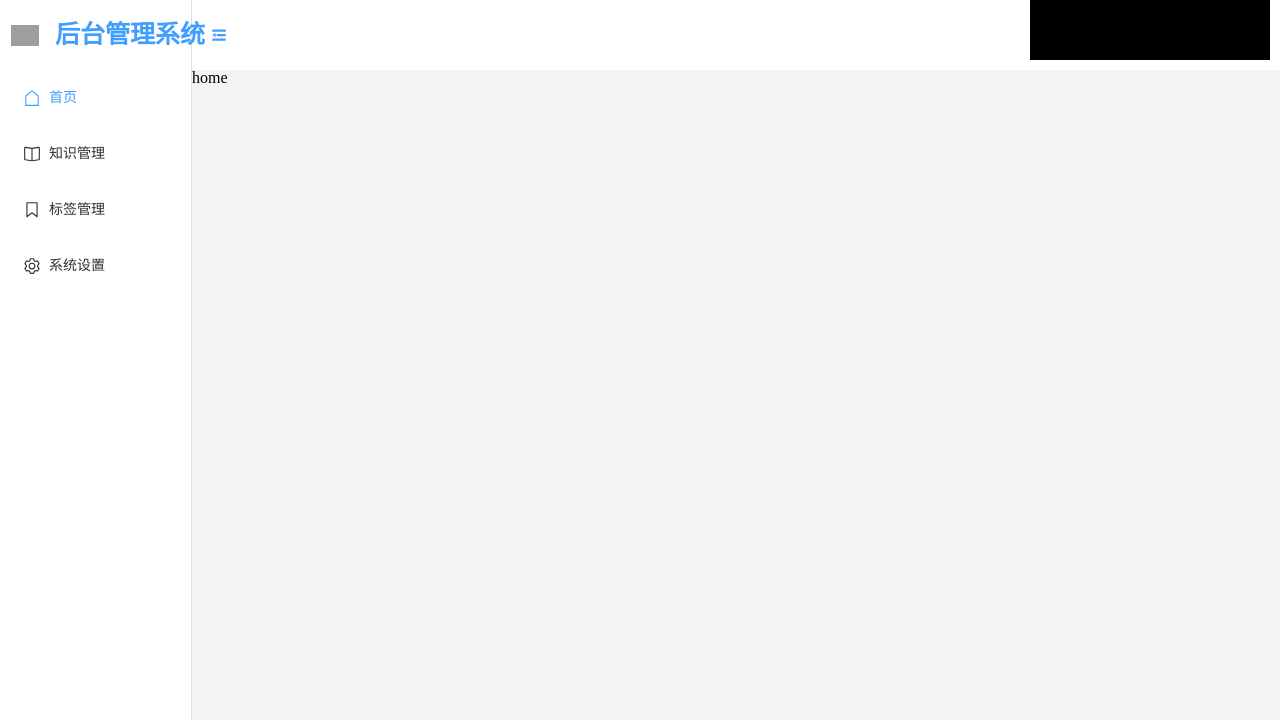
Repository: serrrN/admin
Page: /
An editor plug-in stored every save of this project. The page is shown before and after the next save, followed by the edit.
The browser window is 1280 px wide. The pictures show the whole page.
Pictures or frames that could not be fetched are drawn as grey boxes. The project was rebuilt for these pictures with package versions that can differ from the ones it lists, and the page was loaded fresh each time. Also part of the build but not shown: vite.config.ts, src/styles/index.scss.

Above is the page before, as saved 2024-06-05 16:56:47.

### src/main.ts
import { createApp } from 'vue'
import App from './App.vue'
import ElementPlus from 'element-plus'
import zhCn from 'element-plus/es/locale/lang/zh-cn'
import * as ElementPlusIconsVue from '@element-plus/icons-vue'
import router from './router'
import 'reset-css'
import './styles/index.scss'
import pinia from '@/store/index'
const app = createApp(App)
for (const [key, component] of Object.entries(ElementPlusIconsVue)) {
  app.component(key, component)
}
app.use(pinia)
app.use(ElementPlus, { locale: zhCn })
app.use(router)
app.mount('#app')

### src/App.vue
<script setup lang="ts"></script>

<template>
  <router-view></router-view>
</template>

<style>
* {
  box-sizing: border-box;
}
#app,
html,
body {
  width: 100%;
  height: 100%;
}
</style>

### src/router/index.ts
import { createRouter, createWebHistory } from 'vue-router'
import routes from './routes'
const router = createRouter({
  history: createWebHistory(),
  routes,
})
export default router

### src/router/routes.ts
const routes = [
  {
    path: '/',
    name: 'home',
    redirect: '/home',
    component: () => import('@/layout/index.vue'),
    children: [
      {
        path: '/home',
        component: () => import('@/views/home/index.vue'),
      },
      {
        path: '/knowledgeManage',
        component: () => import('@/views/knowledgeManage/index.vue'),
      },
      {
        path: '/tagManage',
        component: () => import('@/views/tagManage/index.vue'),
      },
      {
        path: "/systemSetting",
        component:()=>import("@/views/systemSetting/index.vue")
      }
    ],
  },
]

export default routes

### src/styles/variable.scss
//主题色
$theme-color:rgb(64, 158, 255);

// 布局容器左边宽度
$layout-container-left-max-width:15%;

// 布局容器左边塌陷后宽度
$layout-container-left-min-width:3.79%;

// 布局容器头部高度
$layout-container-header-height:70px;

### src/layout/index.vue
<template>
  <div class="layout-container">
    <div :class="systemStore.isCollapse?'left left-collapse':'left'" >
      <Menu />
    </div>
    <div :class="systemStore.isCollapse?'right right-collapse':'right'">
      <div class="header"><Header /></div>
      <div class="main"><Main/></div>
    </div>
  </div>
</template>

<script lang="ts" setup>
import Menu from './menu/index.vue'
import Header from './header/index.vue'
import Main from './main/index.vue'

import {useSystemStore} from "@/store/modules/system"
const systemStore = useSystemStore()
</script>

<style scoped lang="scss">
.layout-container {
  width: 100%;
  height: 100%;
  display: flex;
  background-color: #f3f3f3;
  .left {
    height: 100%;
    width: $layout-container-left-max-width;
    transition: all linear 0.5s;
  }
  .left-collapse{
    width:$layout-container-left-min-width;
  }
  .right {
    width: calc(100% - $layout-container-left-max-width);
    transition: all linear 0.5s;
    .header {
      width: 100%;
      height: $layout-container-header-height;
      display: flex;
      justify-content:flex-end;
      background-color: white;
    }
    .main {
      height: calc(100% - $layout-container-header-height);
      width: calc(100%);
    }
  }
  .right-collapse{
    width:calc(100% - $layout-container-left-min-width);
  }

}
</style>

### src/views/home/index.vue
<template>
home
</template>
<script setup lang="ts">

</script>
<style lang="scss" scoped>

</style>

### src/layout/menu/index.vue
<template>
  <el-menu
    default-active="home"
    :class="systemStore.isCollapse?'el-menu-vertical-collapse':'el-menu-vertical'"
    :collapse="systemStore.isCollapse"
    :router="true"
    collapse-transition
    @open="handleOpen"
    @close="handleClose"
  >
    <div class="header">
      <div class="manage-msg" v-show="!systemStore.isCollapse">
        <div class="logo-wrapped">
          <img src="/vite.svg" class="logo" alt="Vite logo" />
        </div>
        <div class="name">后台管理系统</div>
      </div>
      <div class="fold-icon-wrapped" @click="handleCollapse">
        <el-icon size="18" color="rgb(64, 158, 255)">
          <component :is="systemStore.isCollapse?'Expand':'Fold'"></component>
        </el-icon>
      </div>
    </div>

    <el-menu-item index="home">
      <el-icon><House /></el-icon>
      <template #title>首页</template>
    </el-menu-item>
    <el-menu-item index="knowledgeManage">
      <el-icon><reading /></el-icon>
      <template #title>知识管理</template>
    </el-menu-item>
    <el-menu-item index="tagManage">
      <el-icon><CollectionTag /></el-icon>
      <template #title>标签管理</template>
    </el-menu-item>
    <el-menu-item index="systemSetting">
      <el-icon><setting /></el-icon>
      <template #title>系统设置</template>
    </el-menu-item>
  </el-menu>
</template>

<script lang="ts" setup>
import {useSystemStore} from "@/store/modules/system"
const systemStore = useSystemStore()

const handleOpen = (key: string, keyPath: string[]) => {
  console.log(key, keyPath)
}
const handleClose = (key: string, keyPath: string[]) => {
  console.log(key, keyPath)
}
const handleCollapse = () => {
  systemStore.isCollapse = !systemStore.isCollapse

}
</script>

<style lang="scss" scoped>
.el-menu {
  height: 100%;
  // 管理系统菜单头部(展示名字和logo)
  .header {
    display: flex;
    height: 70px;
    line-height: 70px;
    justify-content: space-between;
    transition: all 1s;
    //管理系统信息
    .manage-msg {
      display: flex;
      // logo容器
      .logo-wrapped {
        line-height: 50px;
        height: 100%;
        display: flex;
        align-items: center;
        justify-content: center;
        width: 50px;
        .logo {
          width: 28px;
        }
      }
      // 管理系统名称
      .name {
        text-align: center;
        font-size: 25px;
        width: 160px;
        color: $theme-color;
        font-weight: 600;
      }
    }

    // 折叠图标容器
    .fold-icon-wrapped {
      width: 100%;
      display: flex;
      align-items: center;
      justify-content: center;
    }
  }

  //菜单名称
  .el-menu-item span {
    color: rgb(48, 49, 51);
    font-weight: 400;
    font-size: 17px;
    line-height: 56px;
    font-family: 'Helvetica Neue', Helvetica, 'PingFang SC', 'Hiragino';
  }
}
// 菜单不处于塌陷状态
.el-menu-vertical:not(.el-menu--collapse) {
  width: 100%;
  min-height: 100%;
  min-width: 20%;
}


</style>

### src/layout/header/index.vue
<template>
  <Menu/>
</template>
<script setup lang="ts">
// import Tabs from './tabs/index.vue'
import Menu from './menu/index.vue'
</script>
<style lang="scss" scoped></style>

### src/layout/main/index.vue
<template>
  <router-view></router-view>
</template>
<script setup lang="ts"></script>
<style lang="scss" scoped></style>

### src/store/modules/system.ts
import { defineStore } from 'pinia'
import { ref } from 'vue'
export const useSystemStore = defineStore('system', () => {
  const isCollapse = ref(false)

  return { isCollapse }
})

### src/layout/header/menu/index.vue
<template>
  <div class="header-menu"></div>
</template>
<script setup lang="ts"></script>
<style lang="scss" scoped>
.header-menu {
  width: calc(240px);
  height: calc(60px);
  background-color: black;
  display: flex;
  justify-content: center;
  align-items: center;
  cursor: pointer;
  position: relative;
  transition: all linear 0.3s;
  margin-right: 10px;
  &::before {
    content: '';
    width: calc(240px + 10px);
    height: calc(60px + 10px);
    background-image: linear-gradient(
      90deg,
      #00c0ff 0%,
      #ffcf00 49%,
      #fc4f4f 80%,
      #00c0ff 100%
    );
    display: flex;
    align-items: center;
    justify-content: center;
    visibility: hidden;
  }
}
.header-menu:hover {
  &::before{
    visibility: visible;
  }
}
</style>

Loaded but not shown: index.html (common file); src/store/index.ts (common file)

After the next save:
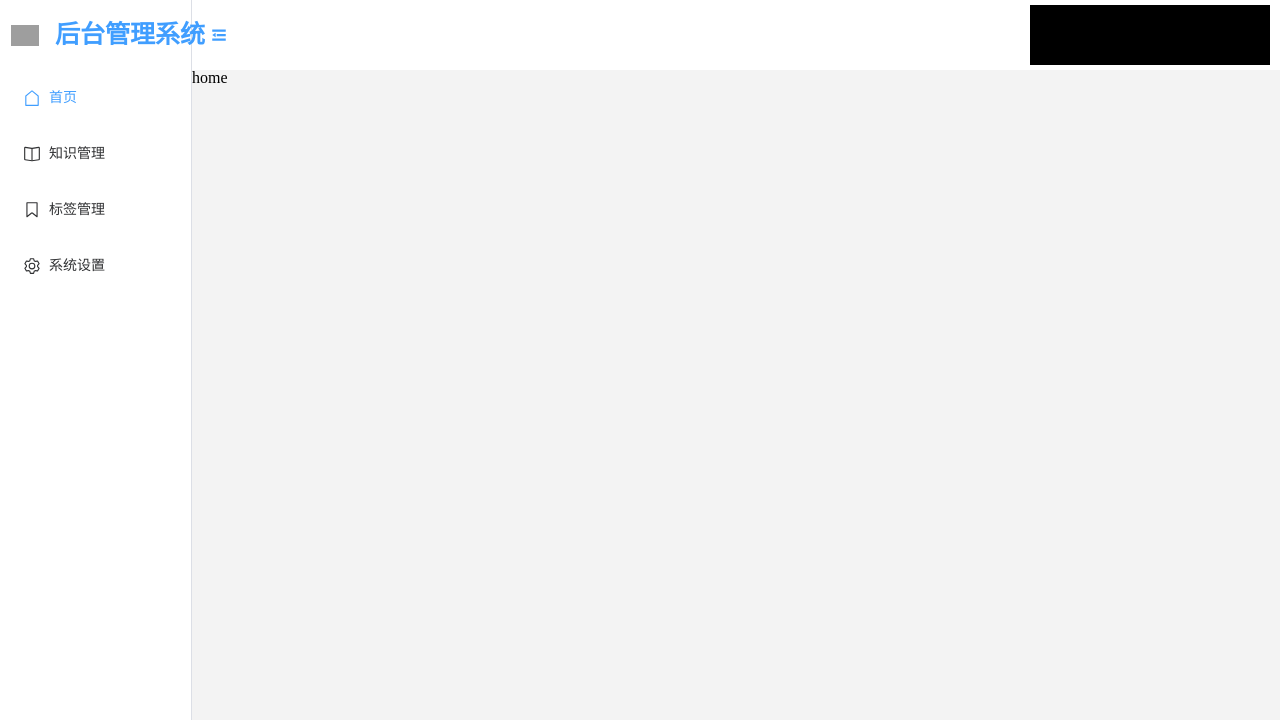
Saved 43 s later.
--- a/src/layout/header/menu/index.vue
+++ b/src/layout/header/menu/index.vue
@@ -14,6 +14,7 @@
   position: relative;
   transition: all linear 0.3s;
   margin-right: 10px;
+  margin-top: 5px;
   &::before {
     content: '';
     width: calc(240px + 10px);
